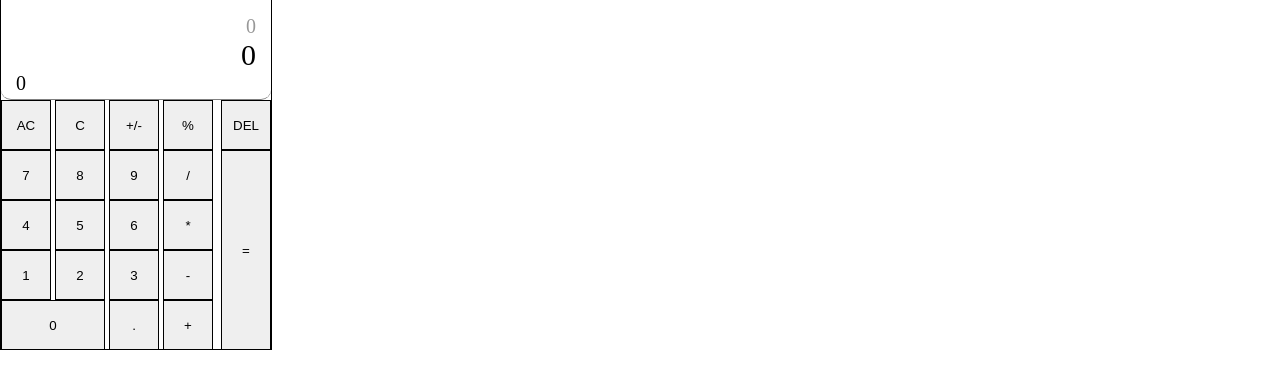
Repository: baziz22/Vanilla_JS_Projects
Page: claculator/index.html
The author's editor kept a copy of each file at every save. The page is drawn from the files as they stood at one save, then again after the next save.
The browser window is 1280 px wide. The pictures show the whole page.

Above is the page before, as saved 2022-03-02 03:22:34.
Console error: SyntaxError: Malformed arrow function parameter list

### claculator/index.html
<!DOCTYPE html>
<html lang="en">
  <head>
    <meta charset="UTF-8" />
    <meta http-equiv="X-UA-Compatible" content="IE=edge" />
    <meta name="viewport" content="width=device-width, initial-scale=1.0" />
    <link rel="stylesheet" href="style.css" />
    <script src="script.js" defer></script>
    <title>Calculator</title>
  </head>
  <body>
    <div class="container">
      <div class="wrapper">
        <div id="display">
          <div id="equation">0</div>
          <div id="total">0</div>
          <div id="temp-result">0</div>
        </div>
        <div id="buttons">
          <div id="left-side">
            <button class="btn" all-clear>AC</button>
          <button class="btn" last-entity-clear>C</button>
          <button class="btn" operation>+/-</button>
          <button class="btn" operation>%</button>
          <button class="btn" number>7</button>
          <button class="btn" number>8</button>
          <button class="btn" number>9</button>
          <button class="btn" operation>/</button>
          <button class="btn" number>4</button>
          <button class="btn" number>5</button>
          <button class="btn" number>6</button>
          <button classs="btn" operation>*</button>
          <button class="btn" number>1</button>
          <button class="btn" number>2</button>
          <button class="btn" number>3</button>
          <button class="btn" operation">-</button>
          <button class="btn" number id="btn-0">0</button>
          <button class="btn" number dot>.</button>
          <button class="btn" operation>+</button>
          </div>

          <div id="right-side">
            <button class="btn" operation>DEL</button>
            <button class="btn" equal id="equals">=</button>
          </div>












        </div>
      </div>
    </div>
  </body>
</html>

### claculator/style.css
* {
  margin: 0;
  padding: 0;
  box-sizing: border-box;
}
.wrapper {
  border: 1px solid black;
  border-top: 10px;
  width: 272px;
  height: 350px;
}
#buttons {
  display: flex;
}
#left-side {
  align-items: left;
}
#right-side {
  align-items: right;
  width: 212px;
}
button {
  border: 0.25px solid black;
  width: 50px;
  height: 50px;
}
#equals {
  height: 200px;
}
#btn-0 {
  width: 104px;
}
#display {
  padding: 15px;
  width: 270px;
  height: 100px;
  text-align: right;
  border-bottom: 1px solid gray;
  border-radius: 10px;
}
#equation {
  opacity: 0.4;
  font-size: 20px;
  /* overflow: hidden; */
}
#total {
  font-size: 30px;
}
#temp-result {
  font-size: 20px;
  text-align: left;
}

### claculator/script.js
const output = document.getElementById('output');
const total = document.getElementById('total');
const reset = document.getElementById('ac');
const btn = document.querySelectorAll('.btn');
const operants = ['=', '+', '-', '*', '/'];
const equalOperation = '=';
function clear() {}
function digitDelete() {}
const operantValue = function (arg, operant) {
  let theOperant = '';
  //console.log('args: ', arg);
  operant.forEach((element, i) => {
    //console.log(i + '. ' + element);
    //console.log('opernat: ', operant);
    if (operant[i] === arg[0]) {
      console.log('this is the operant', operant[i]);
      theOperant = operant[i];
    }
  });
  return theOperant;
};

function appendNumber(d) {
  let digits = [];
  let saveOperants = [];
  let saveDigits = [];
  let outputContents = '';
  console.log('print: ', d);
  if (d.value !== equalOperation) {
    digits.push(d.value);
    let g = operantValue(digits, operants);
    console.log('g: ', g);
    //console.log('digits: ', digits);
    output.innerHTML += digits;
    if (d.value !== g) {
      outputContents += output.textContent;
      console.log(outputContents);
      //saveOutputDigit = outputContents;
      //console.log('s: ',saveOutputDigit);
      out = outputContents.concat();
      console.log('out: ', out);
    }
    if (d.value === g) {
      outputContents = '';
      //saveOutputDigit = '';
      saveOperants.push(g);
      saveDigits.push(Number(out));
      console.log('2. OutputContents: ', out);
      console.log('saveDigits: ', saveDigits);
      //reset outputContent\
      console.log('saveOperants: ', saveOperants);
      //operantValue(digits, operants);
    }
  } else {
    compute();
  }
}
function chooseOperation(operation) {}
function compute() {
  console.log('Final Result');
}
function updateDisplay() {}
let out = '';
let saveOutputDigit = '';


  btn.forEach(element => {
    element.addEventListener('click', appendNumber(element) => {element.value});
  });

After the next save:
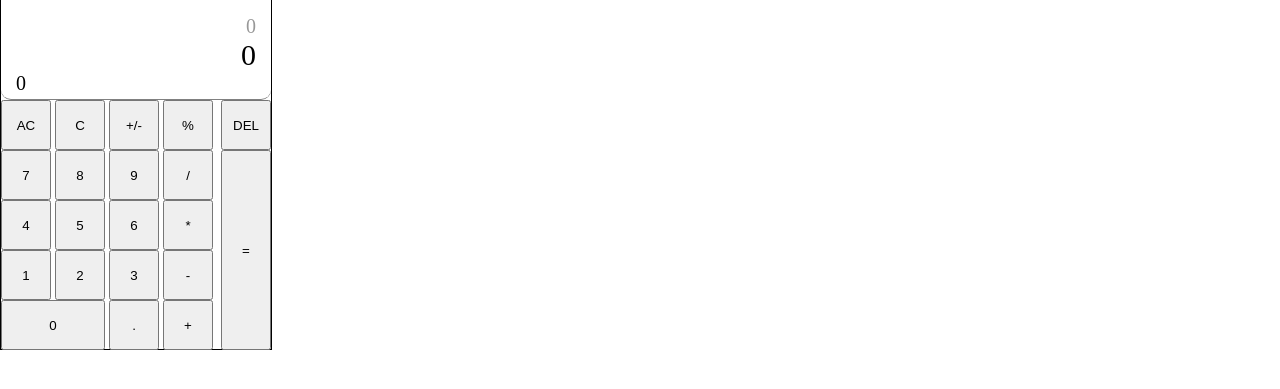
Saved 20 s later.
--- a/claculator/style.css
+++ b/claculator/style.css
@@ -20,7 +20,6 @@
   width: 212px;
 }
 button {
-  border: 0.25px solid black;
   width: 50px;
   height: 50px;
 }
